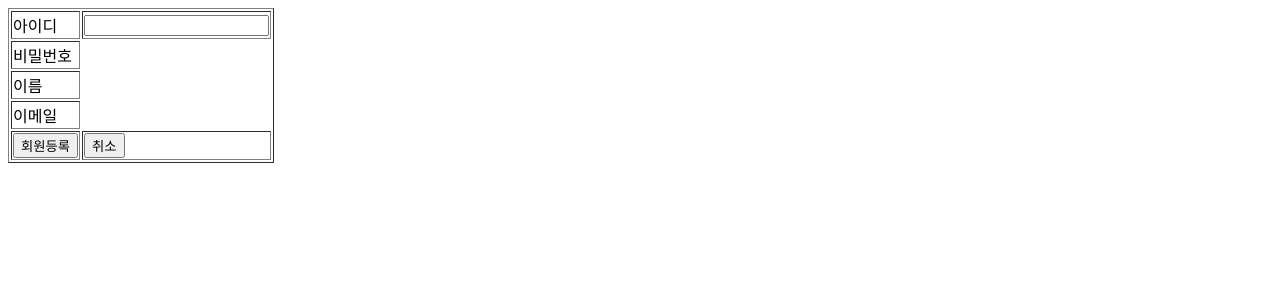
Repository: JungYOsup/Mini_project
Page: http://localhost/EsCape_Room/sign_up_form.jsp
An editor plug-in stored every save of this project. The page is shown before and after the next save, followed by the edit.
The browser window is 1280 px wide. The pictures show the whole page.
The page is served by Tomcat 9. Other server files are loaded and not shown.

Above is the page before, as saved 2018-01-15 07:35:18.

### EsCape_Room/WebContent/sign_up_form.jsp
<!--- 페이지 디렉티브<%--  <%@page %> --%> : JSP페이지에 대한 설정 정보를 지정 -->
<!--인코딩은 UTF-8이고 , html이다.  -->
<!--이렇게 3가지를 구성해줘야지 한글이 안깨짐  -->
<%@ page language="java" contentType="text/html; charset=UTF-8" %>
<%request.setCharacterEncoding("utf-8"); %>
<%response.setContentType("text/html; charset=UTF-8"); %>

<!-- <!DOCTYPE html PUBLIC "-//W3C//DTD HTML 4.01 Transitional//EN" "http://www.w3.org/TR/html4/loose.dtd"> HTML4버전     -->
<!DOCTYPE html> <!--HTML5로 버전을 지정해줌 -->

<html>
<head>
<meta http-equiv="Content-Type" content="text/html; charset=UTF-8">
<title>Insert title here</title>
</head>
<body>

<table border="1">
	<tr>

	<td>아이디</td>
	<td><input type="text" name="id" ></td>
	</tr>
	<tr>

	<td>비밀번호</td>

	</tr>
	<tr>

	<td>이름</td>

	</tr>
	<tr>

	<td>이메일</td>

	</tr>
	<tr>
		<td><input type="submit" value="회원등록"/></td>
		<td><input type="button" value="취소"> </td>

	</tr>

</table>

</body>
</html>

After the next save:
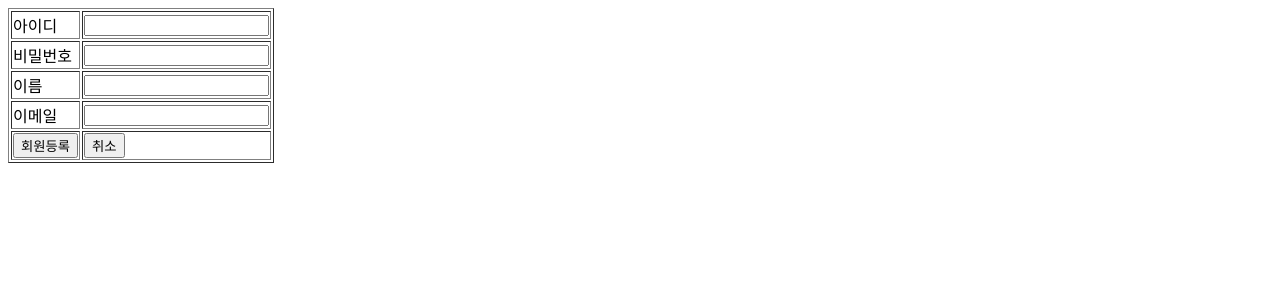
Saved 5 s later.
--- a/EsCape_Room/WebContent/sign_up_form.jsp
+++ b/EsCape_Room/WebContent/sign_up_form.jsp
@@ -24,17 +24,17 @@
 	<tr>
 
 	<td>비밀번호</td>
-
+	<td><input type="text" name="id" ></td>
 	</tr>
 	<tr>
 
 	<td>이름</td>
-
+	<td><input type="text" name="id" ></td>
 	</tr>
 	<tr>
 
 	<td>이메일</td>
-
+	<td><input type="text" name="id" ></td>
 	</tr>
 	<tr>
 		<td><input type="submit" value="회원등록"/></td>
